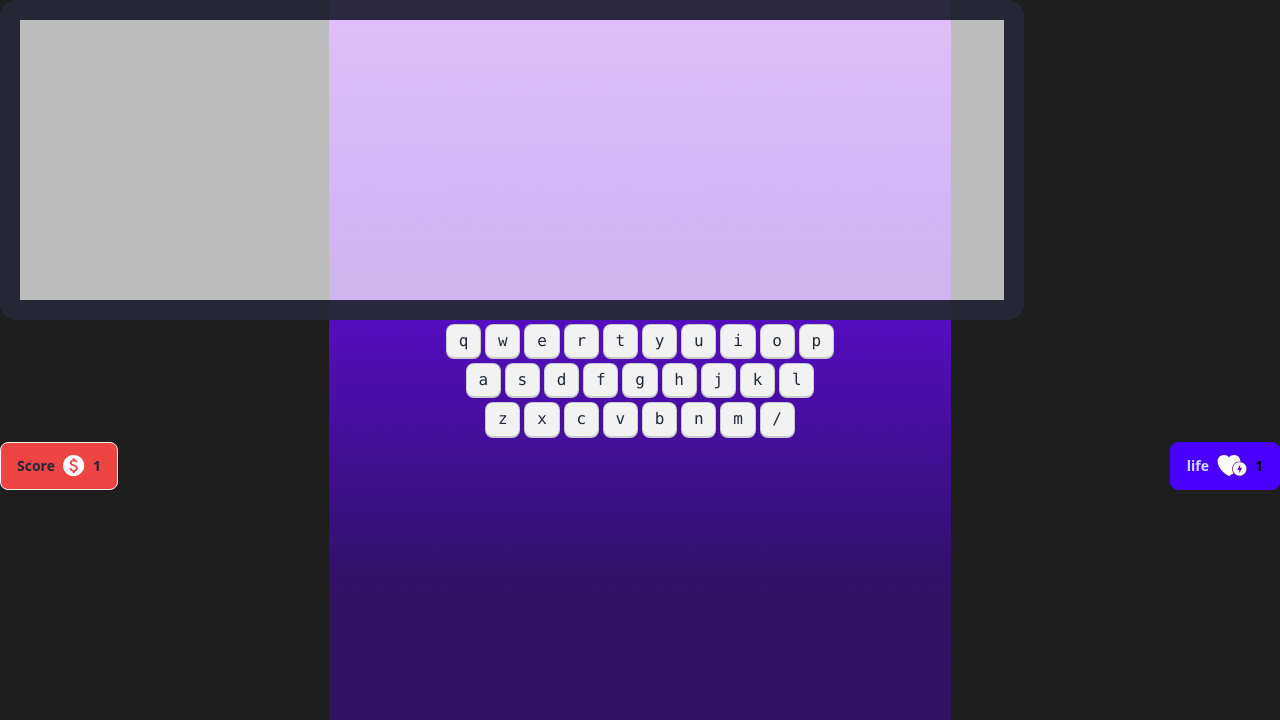
Repository: RudrasahaDibos/Alphabet-clash-
Page: index.html
The author's editor kept a copy of each file at every save. The page is drawn from the files as they stood at one save, then again after a run of saves.
The browser window is 1280 px wide. The pictures show the whole page.
Some web fonts or font styles are not loaded; a fallback is used. Some web libraries are served in a nearby version.

Above is the page before, as saved 2024-11-04 12:23:13.

After the next 2 saves:
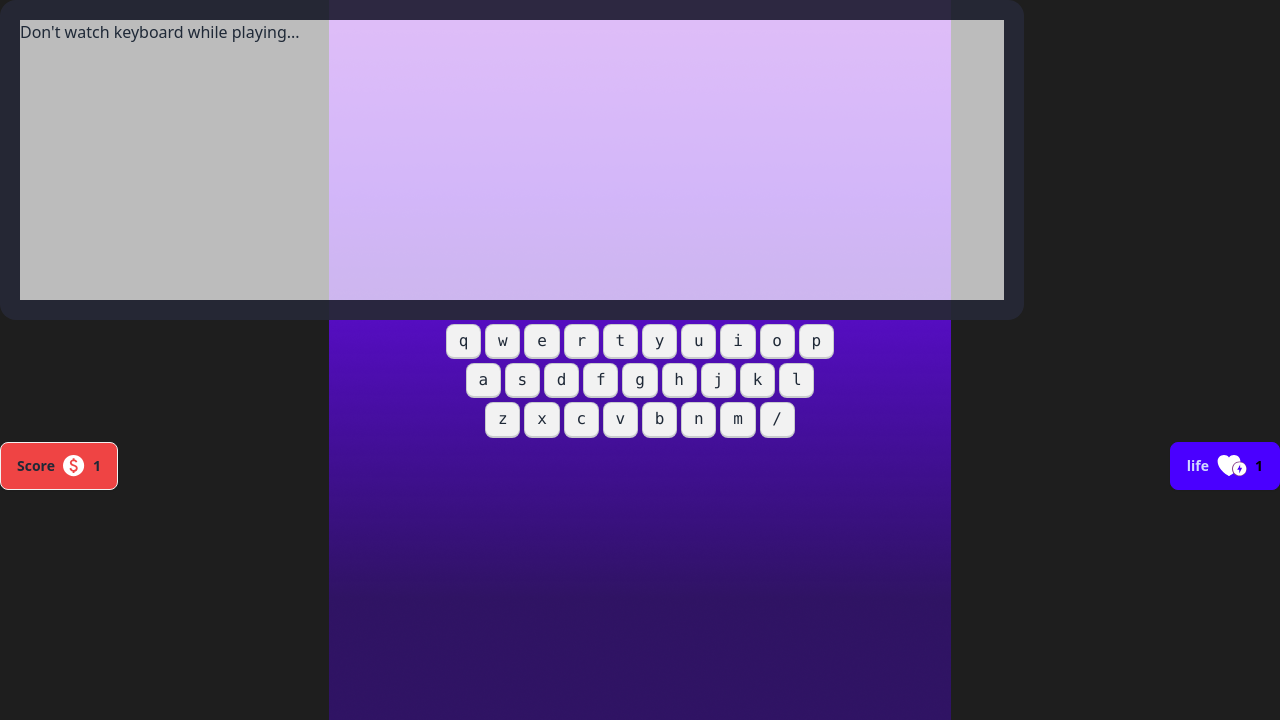
The 2 saves are shown as one change because they came seconds apart.
The last was saved 13 s later.
--- a/index.html
+++ b/index.html
@@ -33,7 +33,9 @@
             <section>
                     <!-- display screen start here -->
                     <div class="artboard artboard-horizontal phone-6 border-[20px] border-[#010313CC] bg-[#FFFFFFB3] rounded-2xl">
-                          <div></div>
+                          <div>
+                            <p>Don't watch keyboard  while playing...</p>
+                          </div>
                     </div>
                      <!-- dispaly screen end here -->
 
